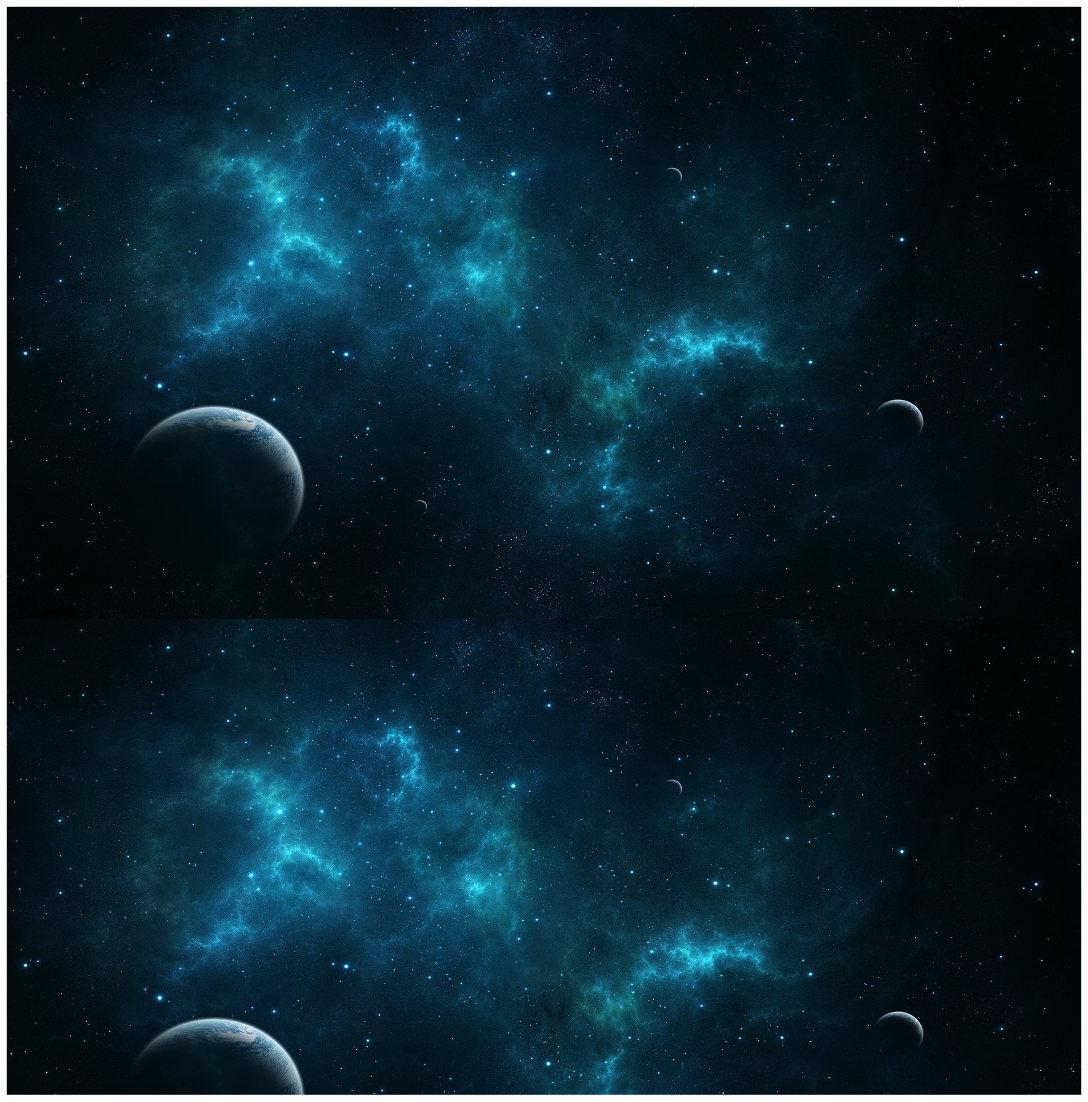
Repository: madd107/demo-form
Page: Assigment_FEE/CaseStudy_2.html
The author's editor kept a copy of each file at every save. The page is drawn from the files as they stood at one save, then again after the next save.
The browser window is 1280 px wide. The pictures show the whole page, at 85% of full size.
Backgrounds fixed to the window are drawn as part of the page.

Above is the page before, as saved 2021-10-01 16:26:55.

After the next save:
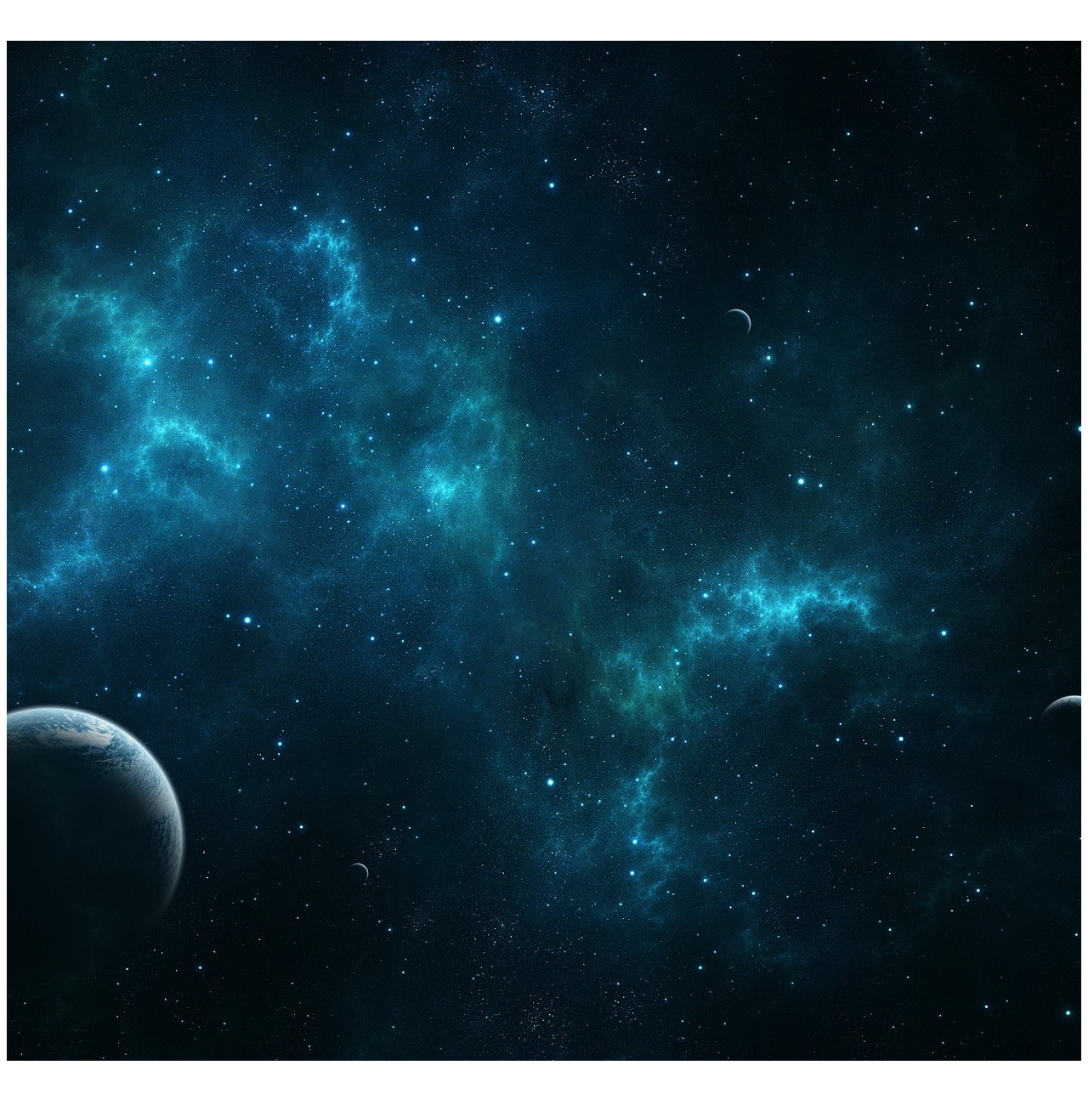
Saved 10 s later.
--- a/Assigment_FEE/css/CaseStudy_2.css
+++ b/Assigment_FEE/css/CaseStudy_2.css
@@ -6,5 +6,5 @@
   background-position: center;
   background-repeat: no-repeat;
   background-attachment: fixed;
-  background-size: 100%;
+  background-size: auto;
 }
